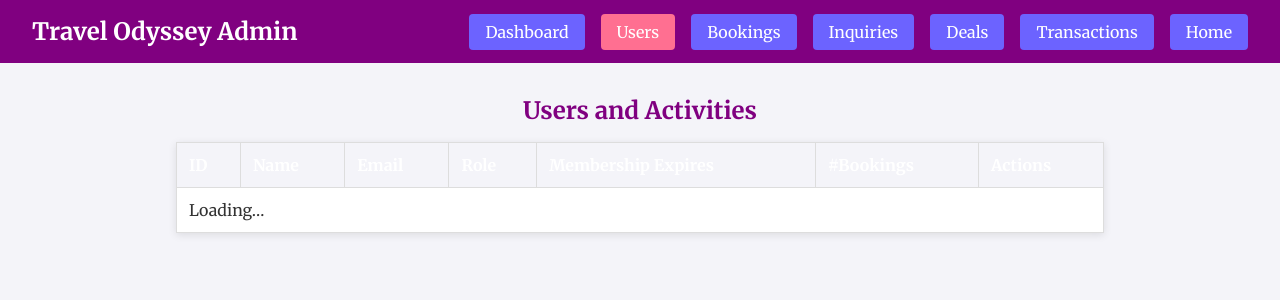
Repository: GHzPhoenix/Project-Odyssey
Page: Frontend/admin-users.html
These files come from the project's save history. The page is drawn as it stood at one moment and after the next save; the edit follows.
The browser window is 1280 px wide. The pictures show the whole page.
The page's requests for data from a server got no answer.

Above is the page before, as saved 2025-07-09 19:31:43.

After the next save:
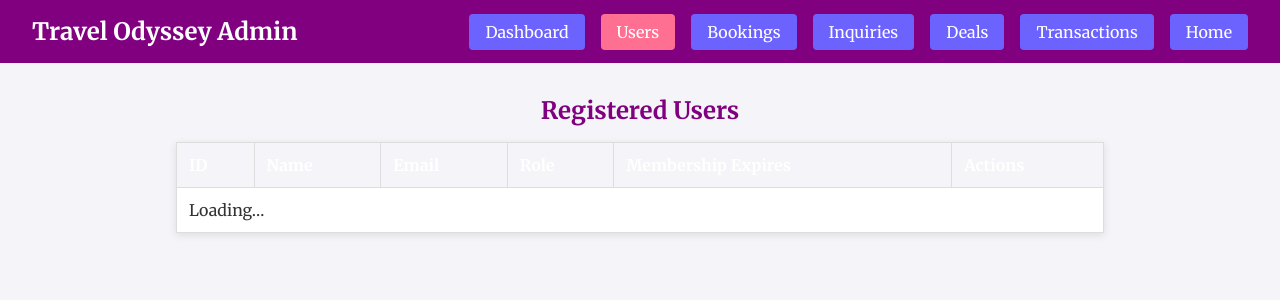
Saved 42 s later.
--- a/Frontend/admin-users.html
+++ b/Frontend/admin-users.html
@@ -32,16 +32,12 @@
         font-size: 0.9rem;
         margin-right: 0.5rem;
       }
-      .view-btn {
-        background: #28a745;
-        color: #fff;
-      }
       .edit-btn {
         background: #007bff;
         color: #fff;
       }
-      .close-btn {
-        background: #6c757d;
+      .delete-btn {
+        background: #dc3545;
         color: #fff;
       }
       .modal-overlay {
@@ -62,29 +58,10 @@
         border-radius: 8px;
         width: 90%;
         max-width: 600px;
-        max-height: 80vh;
-        overflow: auto;
       }
       .modal h3 {
         margin-top: 0;
         color: purple;
-      }
-      .modal table {
-        width: 100%;
-        border-collapse: collapse;
-        margin-top: 1rem;
-      }
-      .modal th,
-      .modal td {
-        padding: 0.5rem;
-        border: 1px solid #ddd;
-      }
-      .modal th {
-        background: #f9f9ff;
-      }
-      .modal-footer {
-        text-align: right;
-        margin-top: 1rem;
       }
       .input-group {
         margin-bottom: 1rem;
@@ -100,6 +77,10 @@
         padding: 0.6rem;
         border: 1px solid #ccc;
         border-radius: 4px;
+      }
+      .modal-footer {
+        text-align: right;
+        margin-top: 1rem;
       }
     </style>
   </head>
@@ -120,8 +101,8 @@
     </header>
 
     <main>
-      <h2 class="section">Users and Activities</h2>
-      <table id="users-activities-table">
+      <h2 class="section">Registered Users</h2>
+      <table id="users-table">
         <thead>
           <tr>
             <th>ID</th>
@@ -129,44 +110,18 @@
             <th>Email</th>
             <th>Role</th>
             <th>Membership Expires</th>
-            <th>#Bookings</th>
             <th>Actions</th>
           </tr>
         </thead>
         <tbody>
           <tr>
-            <td colspan="7">Loading…</td>
+            <td colspan="6">Loading…</td>
           </tr>
         </tbody>
       </table>
     </main>
 
-    <!-- Modal: User Bookings -->
-    <div id="bookings-modal" class="modal-overlay">
-      <div class="modal">
-        <h3>User Bookings</h3>
-        <table id="modal-bookings-table">
-          <thead>
-            <tr>
-              <th>ID</th>
-              <th>Deal</th>
-              <th>Dates</th>
-              <th>Guests</th>
-            </tr>
-          </thead>
-          <tbody>
-            <tr>
-              <td colspan="4">Loading…</td>
-            </tr>
-          </tbody>
-        </table>
-        <div class="modal-footer">
-          <button id="modal-close" class="action-btn close-btn">Close</button>
-        </div>
-      </div>
-    </div>
-
-    <!-- Modal: Edit User -->
+    <!-- Edit User Modal -->
     <div id="edit-modal" class="modal-overlay">
       <div class="modal">
         <h3>Edit User</h3>
@@ -187,7 +142,7 @@
             </select>
           </div>
           <div class="modal-footer">
-            <button type="button" id="edit-cancel" class="action-btn close-btn">
+            <button type="button" id="edit-cancel" class="action-btn">
               Cancel
             </button>
             <button type="submit" class="action-btn edit-btn">Save</button>
@@ -213,70 +168,53 @@
         return res.json();
       }
 
-      async function loadUsersActivities() {
+      async function loadUsers() {
         try {
-          const [uList, bookings] = await Promise.all([
-            fetchJSON("/api/users"),
-            fetchJSON("/api/bookings/all"),
-          ]);
-          users = uList;
-          const tbody = document.querySelector("#users-activities-table tbody");
+          users = await fetchJSON("/api/users");
+          const tbody = document.querySelector("#users-table tbody");
           tbody.innerHTML = users
-            .map((u) => {
-              const count = bookings.filter((b) => b.user_id === u.id).length;
-              return `<tr>
+            .map(
+              (u) =>
+                `<tr>
               <td>${u.id}</td>
               <td>${u.name}</td>
               <td>${u.email}</td>
               <td>${u.role}</td>
               <td>${u.membershipExpires || "–"}</td>
-              <td>${count}</td>
               <td>
-                <button class="action-btn view-btn" data-id="${
-                  u.id
-                }">View</button>
                 <button class="action-btn edit-btn" data-id="${
                   u.id
                 }">Edit</button>
+                <button class="action-btn delete-btn" data-id="${
+                  u.id
+                }">Delete</button>
               </td>
-            </tr>`;
-            })
+            </tr>`
+            )
             .join("");
-          document
-            .querySelectorAll(".view-btn")
-            .forEach((b) => (b.onclick = () => openBookings(b.dataset.id)));
           document
             .querySelectorAll(".edit-btn")
             .forEach((b) => (b.onclick = () => openEdit(b.dataset.id)));
+          document
+            .querySelectorAll(".delete-btn")
+            .forEach((b) => deleteUser(b.dataset.id));
         } catch (e) {
           console.error(e);
         }
       }
 
-      function openBookings(userId) {
-        const modal = document.getElementById("bookings-modal");
-        const tb = document.querySelector("#modal-bookings-table tbody");
-        tb.innerHTML = '<tr><td colspan="4">Loading…</td></tr>';
-        modal.classList.add("active");
-        fetchJSON("/api/bookings/all")
-          .then((bookings) => {
-            const userB = bookings.filter((b) => b.user_id === Number(userId));
-            tb.innerHTML = userB.length
-              ? userB
-                  .map((b) => {
-                    const f = new Date(b.start_date).toLocaleDateString();
-                    const t = new Date(b.end_date).toLocaleDateString();
-                    return `<tr><td>${b.id}</td><td>${b.deal_name}</td><td>${f} – ${t}</td><td>${b.guests}</td></tr>`;
-                  })
-                  .join("")
-              : '<tr><td colspan="4">No bookings.</td></tr>';
-          })
-          .catch(() => {
-            tb.innerHTML = '<tr><td colspan="4">Error.</td></tr>';
-          });
-      }
-      document.getElementById("modal-close").onclick = () =>
-        document.getElementById("bookings-modal").classList.remove("active");
+      function deleteUser(id) {
+        document.querySelector(`button.delete-btn[data-id='${id}']`).onclick =
+          async () => {
+            if (!confirm("Delete this user?")) return;
+            try {
+              await fetchJSON(`/api/users/${id}`, { method: "DELETE" });
+              loadUsers();
+            } catch (err) {
+              alert(err.error || "Delete failed");
+            }
+          };
+      }
 
       let currentId;
       function openEdit(id) {
@@ -302,13 +240,13 @@
             body: JSON.stringify(body),
           });
           document.getElementById("edit-modal").classList.remove("active");
-          loadUsersActivities();
+          loadUsers();
         } catch (err) {
           alert(err.error || "Update failed");
         }
       };
 
-      document.addEventListener("DOMContentLoaded", loadUsersActivities);
+      document.addEventListener("DOMContentLoaded", loadUsers);
     </script>
   </body>
 </html>
